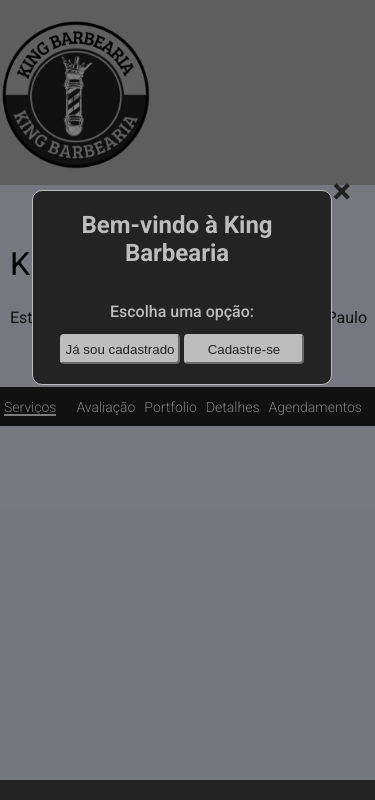
Repository: king-barbearia/king-barbearia-agendamento
Page: index.html
An editor plug-in stored every save of this project. The page is shown before and after a run of saves, followed by the edit.
The browser window is 375 px wide. The pictures show the whole page.

Above is the page before, as saved 2024-07-19 11:30:18.

### index.html
<!DOCTYPE html>
<html lang="pt-br">
  <head>
    <meta charset="UTF-8" />
    <meta name="viewport" content="width=device-width, initial-scale=1.0" />
    <link rel="stylesheet" href="style.css" />
    <link rel="stylesheet" href="mobile.css" />
    <link rel="preconnect" href="https://fonts.googleapis.com" />
    <link rel="preconnect" href="https://fonts.gstatic.com" crossorigin />
    <link
      href="https://fonts.googleapis.com/css2?family=Roboto:ital,wght@0,100;0,300;0,400;0,500;0,700;0,900;1,100;1,300;1,400;1,500;1,700&display=swap"
      rel="stylesheet"
    />
    <link rel="stylesheet" href="https://unpkg.com/leaflet/dist/leaflet.css" />
    <title>Home</title>
  </head>
  <body>
    <header>
      <img
        class="header-image"
        src="./images/kinkbarbearia-removebg-preview.png"
        alt=""
      />
    </header>
    <div id="name">
      <h1>King Barbearia</h1>
      <div id="midiasocial">
        <img
          class="icon"
          id="compartilhar"
          src="./images/compartilhar.png"
          alt="compartilhar"
        />
        <img class="icon" id="curtir" src="./images/coracao.png" alt="curtir" />
      </div>
      <p>Estrada das Lagrimas 1249, 04232-000, São Paulo</p>
    </div>
    <div class="menu">
      <nav>
        <div class="menu-toggle" id="mobile-menu">
          <span class="bar"></span>
          <span class="bar"></span>
          <span class="bar"></span>
        </div>
        <ul class="nav-list">
          <li>
            <a
              href="#"
              class="active"
              onclick="toggleSection(event, 'services')"
              >Serviços</a
            >
          </li>
          <li>
            <a href="#" onclick="toggleSection(event, 'evaluation')">
              Avaliação</a
            >
          </li>
          <li>
            <a
              href="#"
              id="portfolio-link"
              onclick="toggleSection(event, 'portfolio')"
              >Portfolio</a
            >
          </li>
          <li>
            <a
              href="#"
              id="detalhes-link"
              onclick="toggleSection(event, 'detalhes')"
              >Detalhes</a
            >
          </li>
          <li>
            <a
              href="#"
              id="agenda-link"
              onclick="toggleSection(event, 'agenda')"
              >Agendamentos</a
            >
          </li>
        </ul>
      </nav>
    </div>
    <div id="services" style="display: none">
      <!-- <p>Serviços</p> -->
      <div id="corte">
        <h2>Corte</h2>
        <span style="font-size: 12px">Corte Simples</span>
        <div id="agendar">
          <span id="valor"><strong>R$ 30,00</strong></span>
          <span id="tempo">30m</span>
          <button id="agendar-btn" data-servico="Corte Simples">Agendar</button>
        </div>
      </div>
      <div id="barba">
        <h2>Barba</h2>
        <span style="font-size: 12px">Barba Simples</span>
        <div id="agendar">
          <span id="valor"><strong>R$ 30,00</strong></span>
          <span id="tempo">30m</span>
          <button id="agendar-btn" data-servico="Barba">Agendar</button>
        </div>
      </div>
      <div id="pezinho">
        <h2>Pezinho</h2>
        <span style="font-size: 12px">Pezinho</span>
        <div id="agendar">
          <span id="valor"><strong>R$ 15,00</strong></span>
          <span id="tempo">15m</span>
          <button id="agendar-btn" data-servico="Pezinho">Agendar</button>
        </div>
      </div>
      <div id="cortebarba">
        <h2>Corte + Barba</h2>
        <span style="font-size: 12px">Corte E Barba</span>
        <div id="agendar">
          <span id="valor"><strong>R$ 50,00</strong></span>
          <span id="tempo">50m</span>
          <button id="agendar-btn" data-servico="Corte + Barba">Agendar</button>
        </div>
      </div>
      <div id="cortesobrancelha">
        <h2>Corte + Sobrancelha</h2>
        <span style="font-size: 12px">Corte E Sobrancelha</span>
        <div id="agendar">
          <span id="valor"><strong>R$ 35,00</strong></span>
          <span id="tempo">45m</span>
          <button id="agendar-btn" data-servico="Corte + Sobrancelha">
            Agendar
          </button>
        </div>
      </div>
      <div id="cortebs">
        <h2>Corte + Sobrancelha <br />+ Barba</h2>
        <span style="font-size: 12px">Corte Sobrancelha E Barba</span>
        <div id="agendar">
          <span id="valor"><strong id="55">R$ 55,00</strong></span>
          <span id="tempo">60m</span>
          <button id="agendar-btn" data-servico="Corte Sombrancelha E Barba">
            Agendar
          </button>
        </div>
      </div>
      <br />
    </div>
    <!-- Modal for Scheduling -->
    <div id="scheduleModal" class="modal" style="display: none">
      <div class="modal-content">
        <span class="close" onclick="closeModal()">&times;</span>
        <img
          src="./images/kinkbarbearia-removebg-preview.png"
          alt=""
          style="
            width: 60px;
            height: 60px;
            margin-left: -219px;
            margin-top: -12px;
          "
        />
        <form id="scheduleForm" onsubmit="submitForm(event)">
          <input type="hidden" name="service" />
          <input type="hidden" name="value" />
          <input type="hidden" name="time" />
          <input type="hidden" name="duration" />
          <input type="hidden" name="valueservice" />
          <label
            style="
              margin-bottom: 20px;
              font-size: 15px;
              font-weight: 500;
              color: #bdbdbd;
              margin-left: 90px;
            "
            >Escolha o Barbeiro</label
          >
          <div
            style="margin-bottom: 30px; margin-top: -105px; margin-left: 85px"
          >
            <img
              src="./images/wallace1c.jpg"
              alt="Wallace"
              width="60"
              height="60"
              style="
                border-radius: 50%;
                margin-right: 15px;
                border: solid 1px;
                border-color: #bdbdbd;
              "
              onclick="selectBarber('Wallace')"
            />
            <img
              src="./images/mateus1.jpg"
              alt="Mateus"
              width="60"
              height="60"
              style="
                border-radius: 50%;
                border: solid 1px;
                border-color: #bdbdbd;
              "
              onclick="selectBarber('Mateus')"
            />

            <input type="hidden" id="barber" name="barber" />
          </div>
          <div
            id="brs"
            style="
              background-color: #bdbdbd;
              width: 300px;
              height: 1px;
              position: absolute;
              margin-top: 18px;
              margin-left: -21px;
            "
          ></div>
          <label>Nome Do Cliente</label>
          <input
            type="text"
            name="name"
            id="userNameField"
            placeholder="Digite Seu Nome"
            required
            autocomplete="name"
          />
          <label>WhatsApp</label>
          <input
            type="text"
            name="phone"
            id="userPhoneField"
            placeholder="Digite Seu Whatsapp"
            required
            autocomplete="tel"
          />
          <label for="date">Escolha a Data:</label>
          <input type="date" id="date" name="date" required lang="pt-BR" />
          <label for="time">Escolha o Horário:</label>
          <input type="time" id="time" name="time" required />
          <button type="submit" id="confirmSchedule">
            Confirmar Agendamento
          </button>
        </form>
      </div>
    </div>

    <!-- Update Agenda Section -->
    <div id="agenda" style="display: none">
      <h2>Agendamentos</h2>
      <div id="bookings"></div>
      <button onclick="fetchBookings()">Mostrar Agendamentos</button>
    </div>

    <div id="portfolio" style="display: none">
      <div id="foto1">
        <img src="./images/foto1.jpg" alt="" />
      </div>
      <div id="foto2">
        <img src="./images/foto2.jpg" alt="" />
      </div>
      <div id="foto3">
        <img src="./images/foto3.jpg" alt="" />
      </div>
      <div id="foto4">
        <img src="./images/foto4.jpg" alt="" />
      </div>
      <div id="foto5">
        <img src="./images/foto5.jpg" alt="" />
      </div>
      <div id="foto6">
        <img src="./images/foto6.jpg" alt="" />
      </div>
    </div>
    <div id="evaluation" style="display: none">
      <h1>5,0</h1>
      <div id="avaliacao">
        <img
          class="estrela"
          data-avaliacao="1"
          src="./images/estrela.png"
          alt=""
        />
        <img
          class="estrela"
          data-avaliacao="2"
          src="./images/estrela.png"
          alt=""
        />
        <img
          class="estrela"
          data-avaliacao="3"
          src="./images/estrela.png"
          alt=""
        />
        <img
          class="estrela"
          data-avaliacao="4"
          src="./images/estrela.png"
          alt=""
        />
        <img
          class="estrela"
          data-avaliacao="5"
          src="./images/estrela.png"
          alt=""
        />
      </div>
      <span>20 Avaliações</span>
      <div id="media"></div>
      <div id="nota">
        <span class="nota"
          >5 <img class="estrelanota" src="./images/estrelanota.png" alt=""
        /></span>
        <span class="nota"
          >4 <img class="estrelanota" src="./images/estrelanota.png" alt=""
        /></span>
        <span class="nota"
          >3 <img class="estrelanota" src="./images/estrelanota.png" alt=""
        /></span>
        <span class="nota"
          >2 <img class="estrelanota" src="./images/estrelanota.png" alt=""
        /></span>
        <span class="nota"
          >1 <img class="estrelanota" src="./images/estrelanota.png" alt=""
        /></span>
        <div class="status-star">
          <div class="status-bar">
            <div
              class="status-bar-fill"
              id="status-bar-fill5"
              style="width: 80%"
            ></div>
          </div>
          <div class="status-bar">
            <div
              class="status-bar-fill"
              id="status-bar-fill4"
              style="width: 30%"
            ></div>
          </div>
          <div class="status-bar">
            <div
              class="status-bar-fill"
              id="status-bar-fill3"
              style="width: 1%"
            ></div>
          </div>
          <div class="status-bar">
            <div class="status-bar-fill" id="status-bar-fill2"></div>
          </div>
          <div class="status-bar">
            <div class="status-bar-fill" id="status-bar-fill1"></div>
          </div>
        </div>
      </div>
    </div>
    <div id="detalhes" style="display: none">
      <div id="map"></div>
      <button id="navigate-button">
        <img
          id="logobt"
          src="./images/kinkbarbearia-removebg-preview.png"
          alt=""
        />
        <h1>Kink Barbearia</h1>
        <span
          >Estrada Das Lagrimas 1249, 04232-000, São Paulo
          <div class="vertical-line"></div>
          <img id="iconnavegar" src="./images/gps.png" alt=""
        /></span>
      </button>
      <div id="horarios">
        <h1>
          <strong>Contato e Horario De Funcionamento</strong>
          <div class="horizontal-line"></div>
          <a href="https://wa.me/5511987410733" target="_blank"
            >(11) 98741-0733
            <img
              class="icon"
              id="whatsapp"
              src="./images/whatsapp.png"
              alt="whatsapp"
            />
          </a>
        </h1>
        <div class="horizontal-line"></div>
        <div class="funcionamento">
          <div id="segunda">
            <p>Segunda-Feira a Sexta-Feira</p>
            <span id="horas"><strong>10:00 - 20:00</strong></span>
          </div>
          <div id="sabado">
            <p>Sabado</p>
            <span id="horas"><strong>09:00 - 19:00</strong></span>
          </div>
          <div id="domingo">
            <p>Domingo</p>
            <span id="horas"><strong>Fechado</strong></span>
          </div>
          <div id="barbeiros">
            <p>Wallace</p>
            <span id="horas"
              ><strong>Terça-Feira Não Realiza Atendimentos</strong></span
            >
            <p>Mateus</p>
            <span id="horas"
              ><strong>Quarta-Feira Não Realiza Atendimentos</strong></span
            >
          </div>
        </div>
      </div>
    </div>
    <div id="myModal" class="modal">
      <div class="modal-content">
        <span class="close">&times;</span>
        <h2>Bem-vindo à King Barbearia</h2>
        <p style="color: #bdbdbd; font-weight: 500">Escolha uma opção:</p>
        <button id="loginBtn">Já sou cadastrado</button>
        <button id="registerBtn">Cadastre-se</button>
      </div>
    </div>
    <div id="agenda" style="display: none">
      <div id="servico-selecionado"></div>
    </div>
    <footer></footer>
    <script src="https://unpkg.com/leaflet/dist/leaflet.js"></script>
    <script src="script.js"></script>
    <script>
      // Seleciona o modal
      var modal = document.getElementById("myModal");

      // Seleciona o botão de fechar
      var closeBtn = modal.querySelector(".close");

      // Seleciona os botões de login e registro
      var loginBtn = document.getElementById("loginBtn");
      var registerBtn = document.getElementById("registerBtn");

      // Mostra o modal ao carregar a página
      window.onload = function () {
        modal.style.display = "block";
      };

      // Fecha o modal ao clicar no botão de fechar
      closeBtn.onclick = function () {
        modal.style.display = "none";
      };

      // Redireciona para login.html ao clicar em "Já sou cadastrado"
      loginBtn.onclick = function () {
        window.location.href = "login.html";
      };

      // Redireciona para cadastro.html ao clicar em "Cadastre-se"
      registerBtn.onclick = function () {
        window.location.href = "cadastro.html";
      };
      var modal = document.getElementById("myModal");

      // Seleciona o botão de fechar
      var closeBtn = modal.querySelector(".close");

      // Seleciona os botões de login e registro
      var loginBtn = document.getElementById("loginBtn");
      var registerBtn = document.getElementById("registerBtn");

      // Mostra o modal ao carregar a página se o usuário não estiver logado
      window.onload = function () {
        if (!localStorage.getItem("loggedIn")) {
          modal.style.display = "block";
        } else {
          // Remove a flag para que o modal não apareça nas próximas visitas
          localStorage.removeItem("loggedIn");
        }
      };

      // Fecha o modal ao clicar no botão de fechar
      closeBtn.onclick = function () {
        modal.style.display = "none";
      };

      // Redireciona para login.html ao clicar em "Já sou cadastrado"
      loginBtn.onclick = function () {
        window.location.href = "login.html";
      };

      // Redireciona para cadastro.html ao clicar em "Cadastre-se"
      registerBtn.onclick = function () {
        window.location.href = "cadastro.html";
      };

      document.addEventListener("DOMContentLoaded", function () {
        const userLoggedIn = localStorage.getItem("loggedIn");
        if (userLoggedIn === "true") {
          const userName = localStorage.getItem("userName");
          const userPhone = localStorage.getItem("userPhone");

          const userNameField = document.getElementById("userNameField");
          const userPhoneField = document.getElementById("userPhoneField");

          console.log(`userName: ${userName}, userPhone: ${userPhone}`); // Debugging log

          if (userName && userNameField) {
            userNameField.value = userName;
          } else {
            console.log("userNameField or userName not found");
          }
          if (userPhone && userPhoneField) {
            userPhoneField.value = userPhone;
          }
        }

        const agendarBtns = document.querySelectorAll("#agendar-btn");

        agendarBtns.forEach(function (btn) {
          btn.addEventListener("click", function () {
            const userName = localStorage.getItem("userName");
            const userPhone = localStorage.getItem("userPhone");

            const userNameField = document.getElementById("userNameField");
            const userPhoneField = document.getElementById("userPhoneField");

            console.log(`userName: ${userName}, userPhone: ${userPhone}`); // Debugging log

            if (userName && userNameField) {
              userNameField.value = userName;
            } else {
              console.log("userNameField or userName not found");
            }
            if (userPhone && userPhoneField) {
              userPhoneField.value = userPhone;
            }

            const scheduleModal = document.getElementById("scheduleModal");
            scheduleModal.style.display = "block";
          });
        });
      });
    </script>
    <script>
      function selectBarber(barberName) {
        document.getElementById("barber").value = barberName;
      }
    </script>
  </body>
</html>

### mobile.css
@media only screen and (max-width: 600px) {
  .modal-content {
    margin: 0;
    margin-left: 32px;
    margin-top: 190px;
    position: fixed;
  }
  header {
    height: 185px;
    background-image: ;
  }
  .header-image {
    width: 150px;
    height: 150px;
    margin-top: 20px;
  }
  #name {
    margin-left: -50px;
    text-wrap: nowrap;
  }
  .nav-list {
    margin-left: -36px;
    a {
      margin-right: -11px;
      font-size: 14px;
    }
    a.active {
      margin: 0;
    }
  }
  #login-form {
    h1 {
      margin-left: 132px;
    }
  }
  #services {
    margin: 11px;
    margin-bottom: 60px;
    #valor {
      margin: -65px;
    }
    #agendar-btn {
      margin: 3px 124px;
    }
    #tempo {
      position: absolute;
    }
  }
}

Loaded but not shown: script.js (206 lines, source omitted); style.css (624 lines, source omitted)

After the next 4 saves:
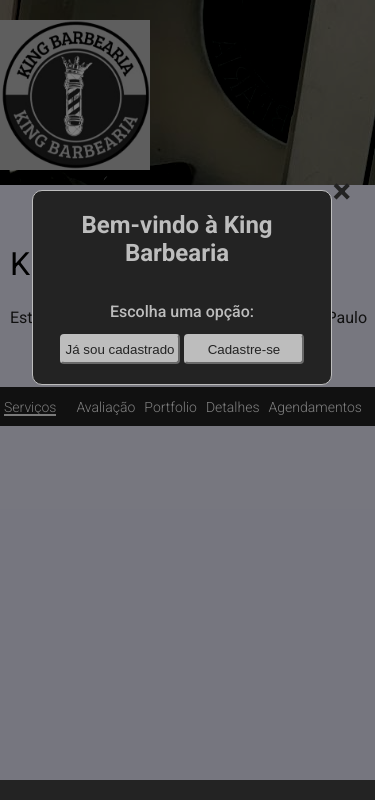
The 4 saves are shown as one change because they came seconds apart.
The last was saved 12 s later.
--- a/mobile.css
+++ b/mobile.css
@@ -7,7 +7,7 @@
   }
   header {
     height: 185px;
-    background-image: ;
+    background-image: url('./images/background-image-top.png');
   }
   .header-image {
     width: 150px;
